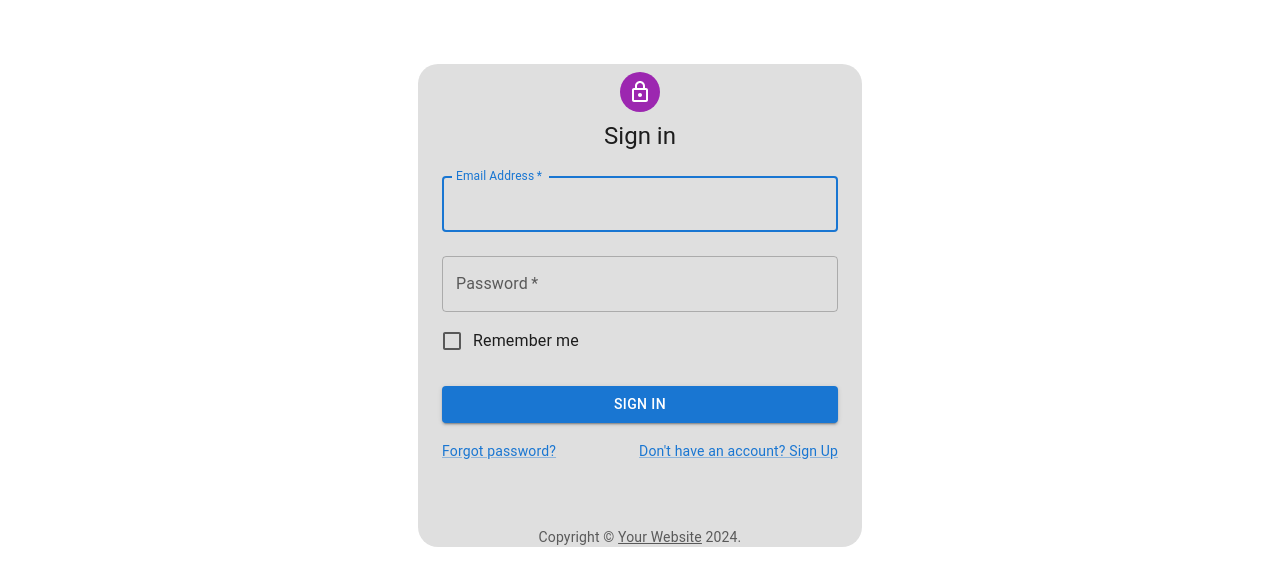
Repository: Milith97/Book-Borrowing-System
Page: /
An editor plug-in stored every save of this project. The page is shown before and after the next save, followed by the edit.
The browser window is 1280 px wide. The pictures show the whole page.
The project was rebuilt for these pictures with package versions that can differ from the ones it lists, and the page was loaded fresh each time. Also part of the build but not shown: vite.config.js, src/Componnts/SignUp.jsx, src/index.css.

Above is the page before, as saved 2024-03-25 12:56:06.

### src/App.jsx
import React from 'react';
import { BrowserRouter as Router, Route, Routes, Navigate } from 'react-router-dom';
import SignIn from './Componnts/SignIn';
import SignUp from './Componnts/SignUp';

function App() {
  return (
    <Router>
      <Routes>
        <Route path="/" element={<Navigate replace to="/signin" />} />
        <Route path="/signin" element={<SignIn />} />
        <Route path="/signup" element={<SignUp />} />
        {/* Redirects any other path to /signin */}
        <Route path="*" element={<Navigate replace to="/signin" />} />
      </Routes>
    </Router>
  );
}

export default App;

### src/Componnts/SignIn.jsx
import * as React from 'react';
import Avatar from '@mui/material/Avatar';
import Button from '@mui/material/Button';
import CssBaseline from '@mui/material/CssBaseline';
import TextField from '@mui/material/TextField';
import FormControlLabel from '@mui/material/FormControlLabel';
import Checkbox from '@mui/material/Checkbox';
import Link from '@mui/material/Link';
import Grid from '@mui/material/Grid';
import Box from '@mui/material/Box';
import LockOutlinedIcon from '@mui/icons-material/LockOutlined';
import Typography from '@mui/material/Typography';
import Container from '@mui/material/Container';
import { Link as RouterLink } from 'react-router-dom';
import { createTheme, ThemeProvider } from '@mui/material/styles';

function Copyright(props) {
  return (
    <Typography variant="body2" color="text.secondary" align="center" {...props}>
      {'Copyright © '}
      <Link color="inherit" href="https://mui.com/">
        Your Website
      </Link>{' '}
      {new Date().getFullYear()}
      {'.'}
    </Typography>
  );
}

// TODO remove, this demo shouldn't need to reset the theme.

const defaultTheme = createTheme();

export default function SignIn() {
  const handleSubmit = (event) => {
    event.preventDefault();
    const data = new FormData(event.currentTarget);
    console.log({
      email: data.get('email'),
      password: data.get('password'),
    });
  };

  return (
    <ThemeProvider theme={defaultTheme}>
      <Container component="main" maxWidth="xs" sx={{ backgroundColor: '#dfdfdf',borderRadius:5}}>
        <CssBaseline />
        <Box
          sx={{
            marginTop: 8,
            display: 'flex',
            flexDirection: 'column',
            alignItems: 'center',

          }}
        >
          <Avatar sx={{ m: 1, bgcolor: 'secondary.main' }}>
            <LockOutlinedIcon />
          </Avatar>
          <Typography component="h1" variant="h5">
            Sign in
          </Typography>
          <Box component="form" onSubmit={handleSubmit} noValidate sx={{ mt: 1 }}>
            <TextField
              margin="normal"
              required
              fullWidth
              id="email"
              label="Email Address"
              name="email"
              autoComplete="email"
              autoFocus
            />
            <TextField
              margin="normal"
              required
              fullWidth
              name="password"
              label="Password"
              type="password"
              id="password"
              autoComplete="current-password"
            />
            <FormControlLabel
              control={<Checkbox value="remember" color="primary" />}
              label="Remember me"
            />
            <Button
              type="submit"
              fullWidth
              variant="contained"
              sx={{ mt: 3, mb: 2 }}
            >
              Sign In
            </Button>
            <Grid container>
              <Grid item xs>
                <Link href="#" variant="body2">
                  Forgot password?
                </Link>
              </Grid>
              <Grid item>
                <Link component={RouterLink} to="/signup" variant="body2">
                  {"Don't have an account? Sign Up"}
                </Link>
              </Grid>
            </Grid>
          </Box>
        </Box>
        <Copyright sx={{ mt: 8, mb: 4 }} />
      </Container>
    </ThemeProvider>
  );
}

Loaded but not shown: index.html (common file); src/main.jsx (common file)

After the next save:
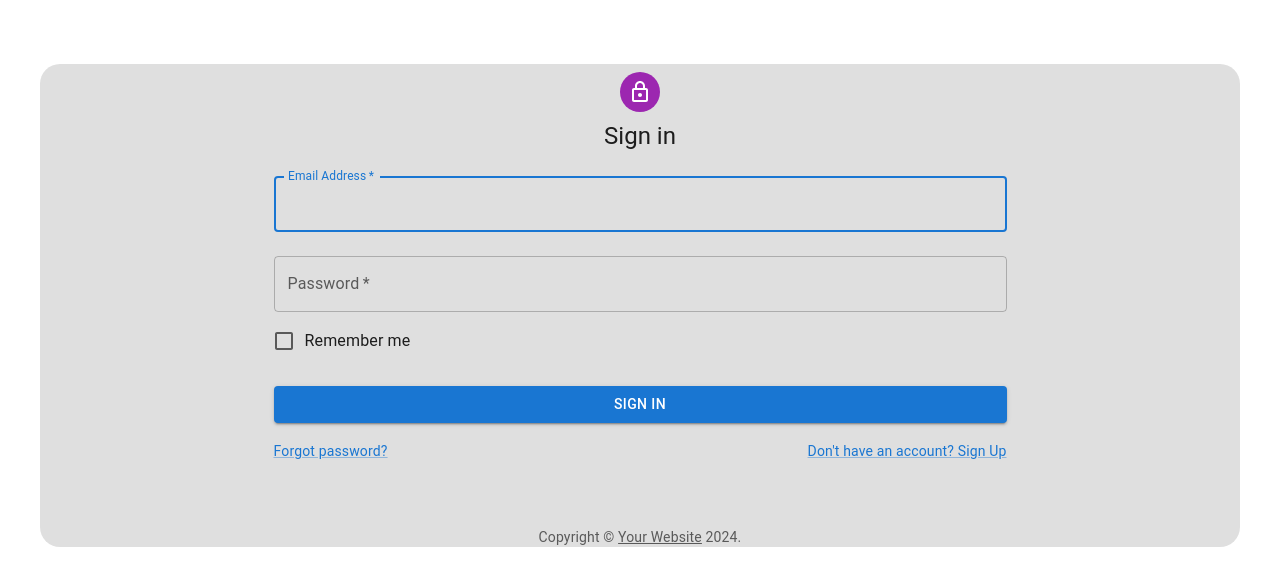
Saved 39 min 32 s later.
--- a/src/Componnts/SignIn.jsx
+++ b/src/Componnts/SignIn.jsx
@@ -43,7 +43,7 @@ export default function SignIn() {
 
   return (
     <ThemeProvider theme={defaultTheme}>
-      <Container component="main" maxWidth="xs" sx={{ backgroundColor: '#dfdfdf',borderRadius:5}}>
+      <Container component="main" maxWidth="lg" sx={{ backgroundColor: '#dfdfdf',borderRadius:5}}>
         <CssBaseline />
         <Box
           sx={{
